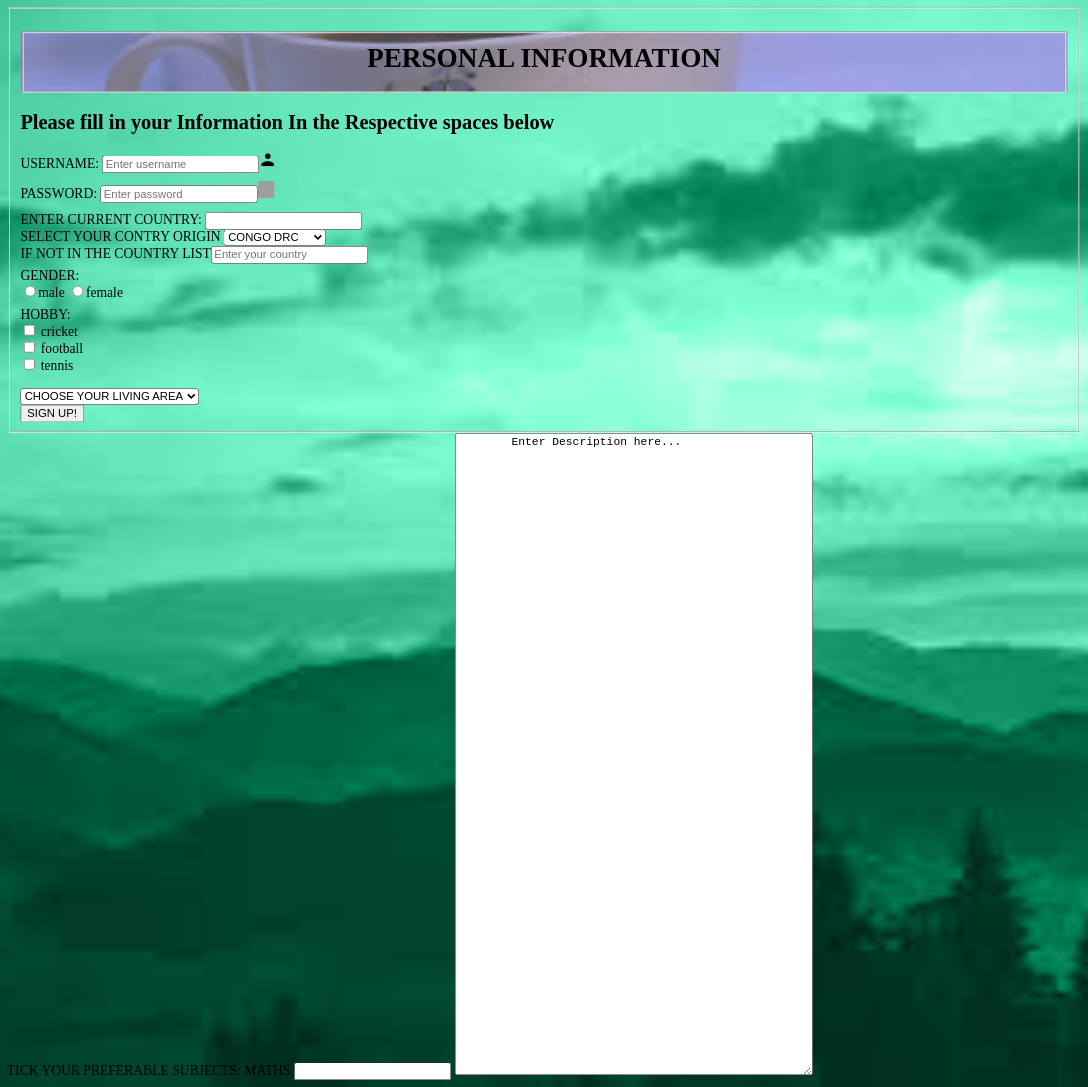
Repository: mirambialex/myform
Page: website/INDEX.HTML
The author's editor kept a copy of each file at every save. The page is drawn from the files as they stood at one save, then again after a run of saves.
The browser window is 1280 px wide. The pictures show the whole page, at 85% of full size.
Pictures or frames that could not be fetched are drawn as grey boxes.

Above is the page before, as saved 2024-04-17 11:25:44.

### website/INDEX.HTML
<!DOCTYPE html>
<html lang="en">
<head>

    <title>WEBPAGE DESIGN</title>
    <LINK REL="STYLESHEET" HREF="STYLE.CSS">
</head>
<body>
   <FOrm> <FIEldset>
            <DIV class="AI">
                <h1><FIEldset>PERSONAL INFORMATION </FIEldset></h1>
</DIV>
<DIV CLASS="BI"> <H2>
    Please fill in your Information In the Respective spaces below
</H2>
</DIV>
<div class="gb">
 <DIV class="MAIN">USERNAME: <INPUT TYPE="TEXT" placeholder="Enter username"><img width="20" height="20" src="user.jpg"<br/>

 </DIV>
 <DIV class="A"> PASSWORD: <INPUT TYPE="PASSWORD" placeholder="Enter password"><img width="20" height="20" src="https://img.icons8.com/ios-filled/50/lock.png" alt="lock"/> <br/></DIV>
    <DIV class="AB">
        ENTER CURRENT COUNTRY: <INPUT type="text"></INPUT>
    </DIV>
    <DIV CLASS="B">
        SELECT YOUR CONTRY ORIGIN <SELect>
            <OPTIon>CONGO DRC</OPTIon>
            <OPTIon>KENYA</OPTIon>
            <OPTIon>SUDAN</OPTIon>
            <OPTIon>SOUTH SUDAN</OPTIon>
            <OPTIon>RWANDA</OPTIon>
            <OPTIon>BURUNDI</OPTIon>
            <OPTIon>UGANDA</OPTIon>
            <OPTIon>TANZANIA</OPTIon>
            <OPTIon>SOMALIA</OPTIon>

        </SELect> <br/>
    </DIV>
    <div class="wcb">
    IF NOT IN THE COUNTRY LIST<INPUt type="TEXT" placeholder="Enter your country"</INPUt>
    </div>
<div class="d">
<LAbe for="GENDER">GENDER: </LAbel><BR/>
<INPUT type="radio" ID="GENDER" name="GENDER" VALUE="male"/>male
<INPUT type="radio" ID="GENDER" name="GENDER" VALUE="female"/>female <br/>
</div>
<div class="e">
HOBBY:<br>
<input type="checkbox" id="cricket" name="cricket" value="cricket"/>
<label for="cricket">cricket</label> <br>
<input type="checkbox" id="football" name="football" value="football"/>
<label for="football">football</label> <br>
<input type="checkbox" id="tennis" name="tennis" value="tennis"/>
<label for="tennis">tennis</label> <br>
<br/> </div>
<div class="address">
    <select name="address">
        <option value="one">CHOOSE YOUR LIVING AREA</option>
        <option>kakuma town</option>
        <option>kakuma 1</option>
        <option>kakuma 2</option>
        <option>kakuma 3</option>
        <option>kakuma 4</option>
        <option>kalobeyeyi</option>
    </select>
</div>
<DIV class="C"><BUTTon>SIGN UP!</BUTTon></DIV>
</FIEldset>
</div>
</div>
</DIV>
</FORM>
<FORM>
    TICK YOUR PREFERABLE SUBJECTS:
    MATHS <input
    Description: <br/>
    <textarea name="Description" cols="50" rows="50">
        Enter Description here...
    </textarea>
</FORM>
 </body>
</html>

### website/STYLE.CSS
BODY{
    background-image: url(IMAGE.JPG);
    background-color: aquamarine;
    background-position: center;
    background-size: cover;
    background-repeat: no-repeat;
    background-blend-mode: luminosity;
}
H1{
    text-align: center;
}
.O{
    background-color: aliceblue;
    background-image: url(ALEX.PNG.JPG);
}
.MAIN{
    margin-bottom: 0.8%;
    background-color:
}
.A{
    margin-bottom: 0.8%;
}
.c{
    margin-bottom: 1.5%;
    color: blueviolet;
    text-decoration: aqua;
}
.d{
    margin-top: 0.4%;

}
.e{
    margin-top: 0.6%;
}
.AI{
    background-image: url(ALEX.JPG);
    background-repeat: no-repeat;
    background-position: center;
    background-size: cover;
}
.gb{
    display: block;

}
: :-ms-input-placeholder{
    color:red;
}
.address{

}

After the next 4 saves:
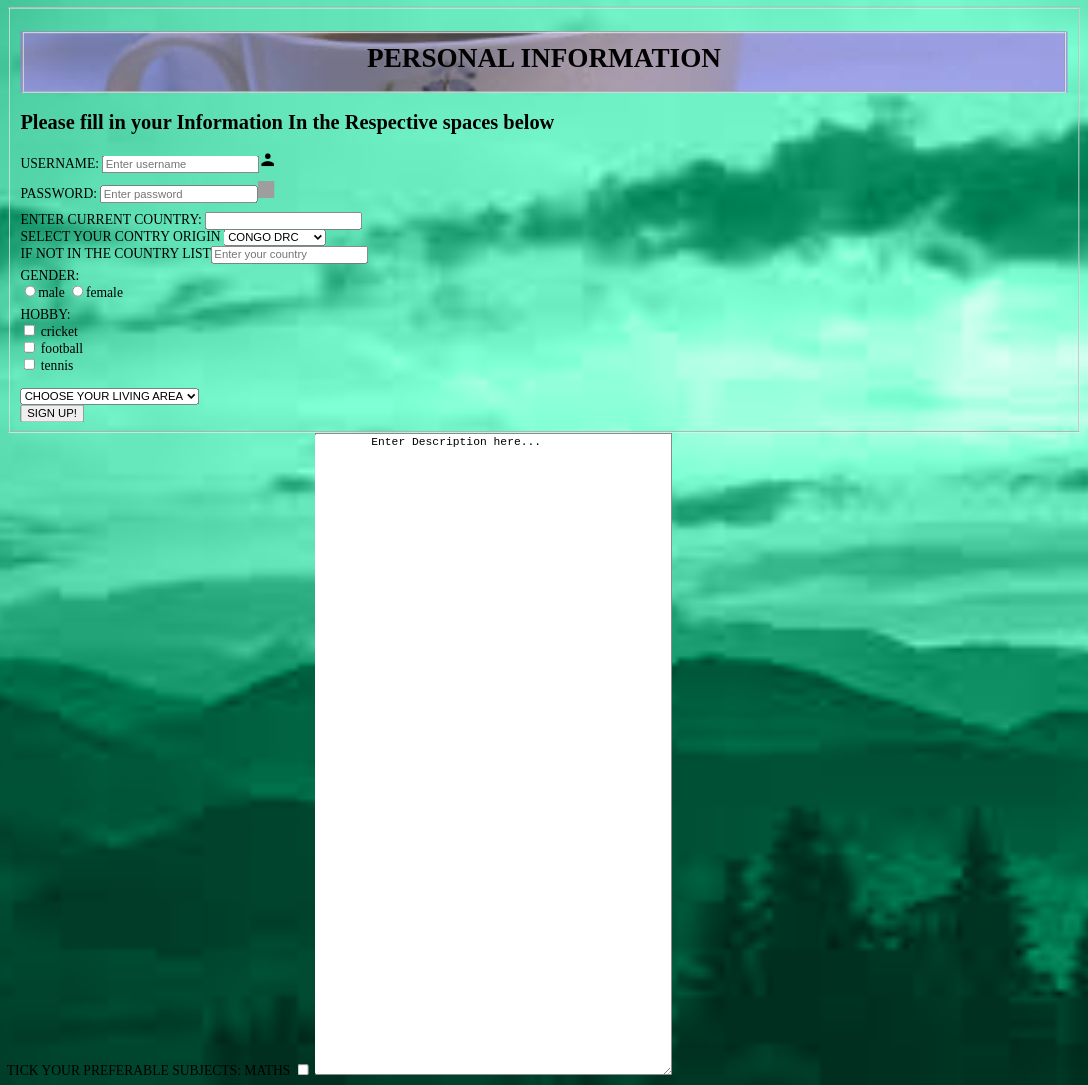
The 4 saves are shown as one change because they came seconds apart.
The last was saved 13 s later.
--- a/website/INDEX.HTML
+++ b/website/INDEX.HTML
@@ -72,7 +72,7 @@ HOBBY:<br>
 </FORM>
 <FORM>
     TICK YOUR PREFERABLE SUBJECTS:
-    MATHS <input
+    MATHS <input TYPE="checkbox"
     Description: <br/>
     <textarea name="Description" cols="50" rows="50">
         Enter Description here...
